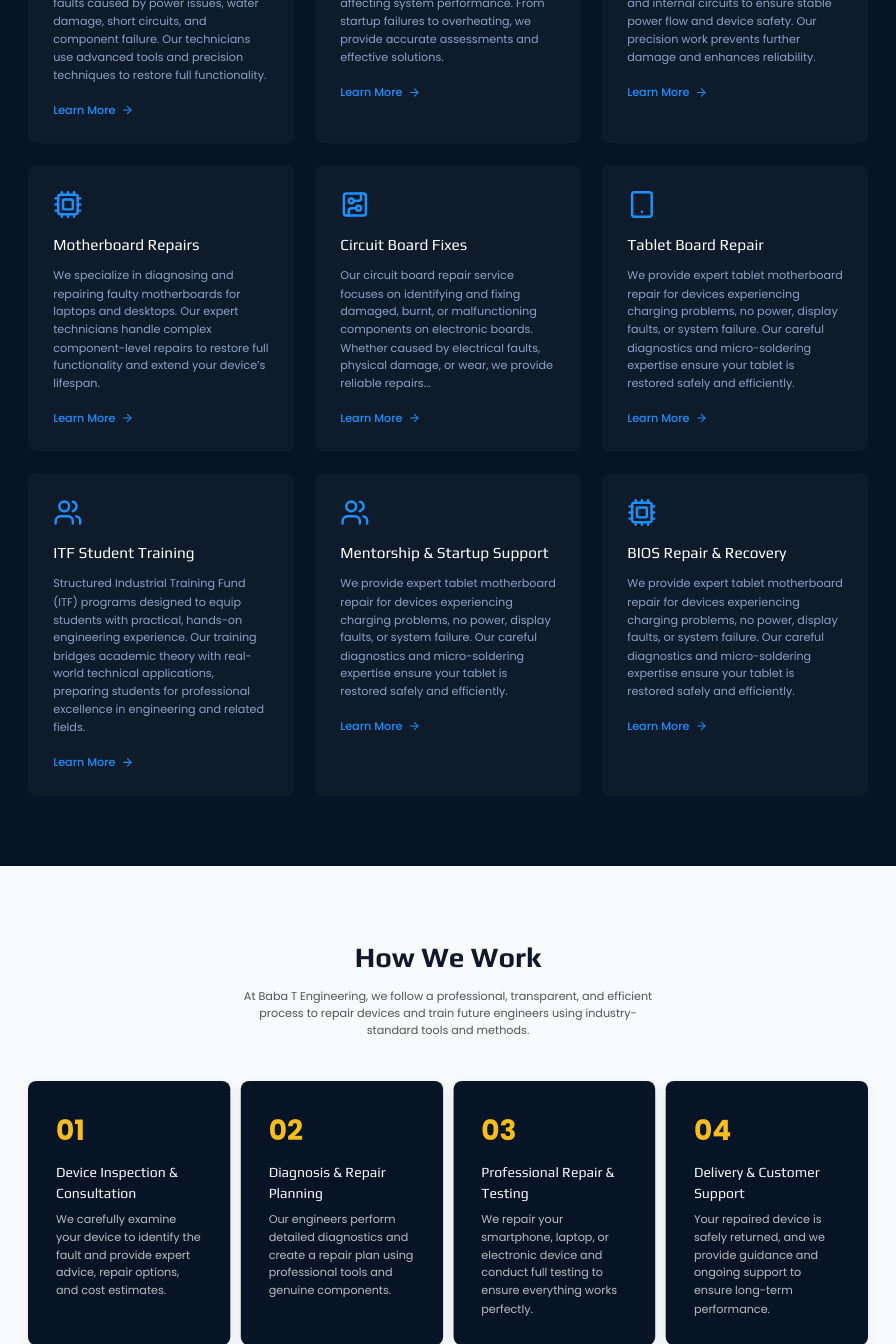
Repository: KC-Minchakpu/babatunde
Page: /services
These files come from the project's save history. The page is drawn as it stood at one moment and after the next save; the edit follows.
The browser window is 1280 px wide. The pictures show the part of the page from y = 553 to 2473 px (the page is 3013 px tall), at 70% of full size.
The project was rebuilt for these pictures with package versions that can differ from the ones it lists, and the page was loaded fresh each time. The framework's server and built-in components were replaced by stand-ins that run in the browser. Also part of the build but not shown: next.config.ts.

Above is the page before, as saved 2026-02-23 13:24:30.

After the next save:
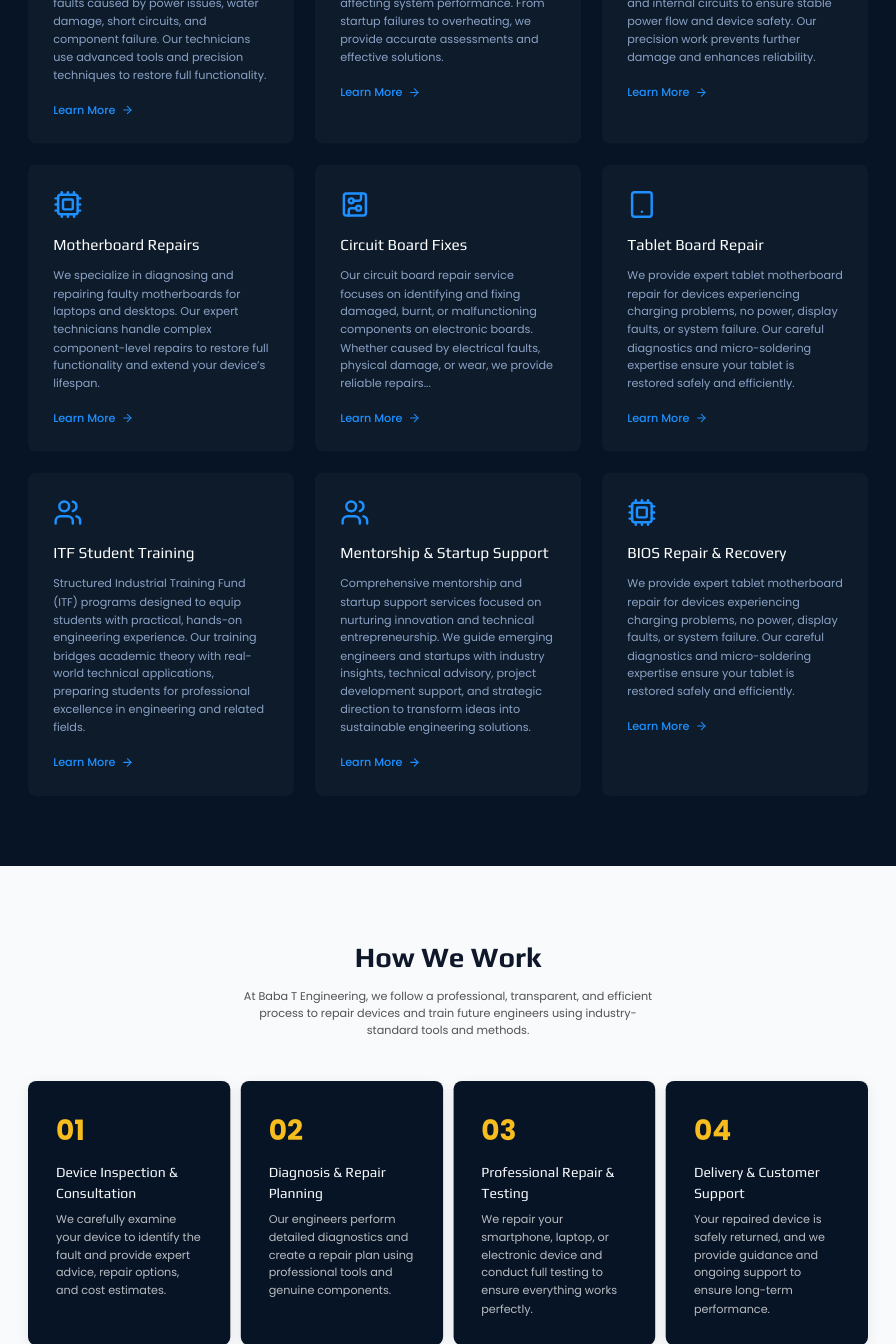
Saved 51 s later.
--- a/src/components/Services/Services.tsx
+++ b/src/components/Services/Services.tsx
@@ -58,7 +58,7 @@ const services = [
   {
     title: "Mentorship & Startup Support",
     description:
-      "We provide expert tablet motherboard repair for devices experiencing charging problems, no power, display faults, or system failure. Our careful diagnostics and micro-soldering expertise ensure your tablet is restored safely and efficiently.",
+      "Comprehensive mentorship and startup support services focused on nurturing innovation and technical entrepreneurship. We guide emerging engineers and startups with industry insights, technical advisory, project development support, and strategic direction to transform ideas into sustainable engineering solutions.",
     icon: Users,
   },
   {
